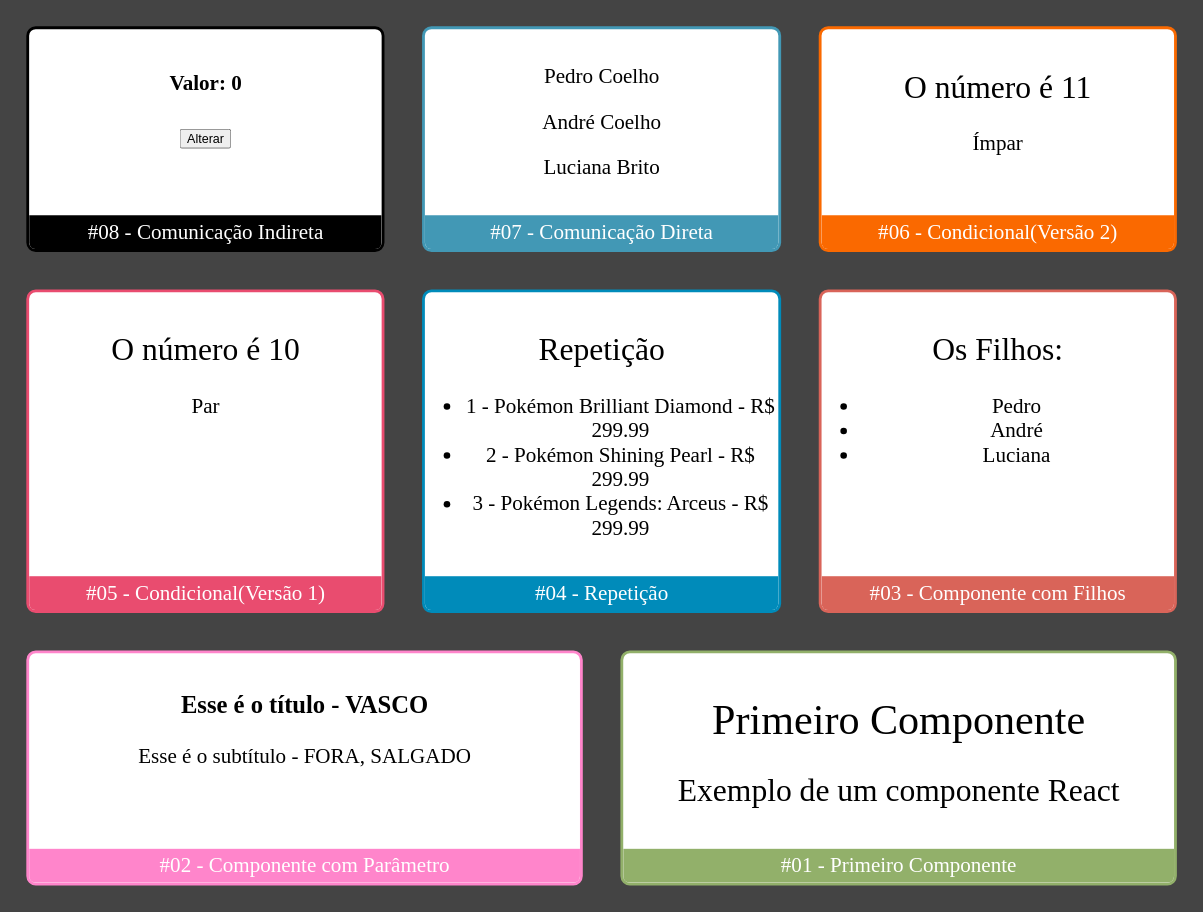
Repository: PedroHQCoelho/fundamentos-react
Page: /
An editor plug-in stored every save of this project. The page is shown before and after the next save, followed by the edit.
The browser window is 1280 px wide. The pictures show the whole page, at 94% of full size.
The project was rebuilt for these pictures with package versions that can differ from the ones it lists, and the page was loaded fresh each time.

Above is the page before, as saved 2021-12-16 12:07:38.

After the next save:
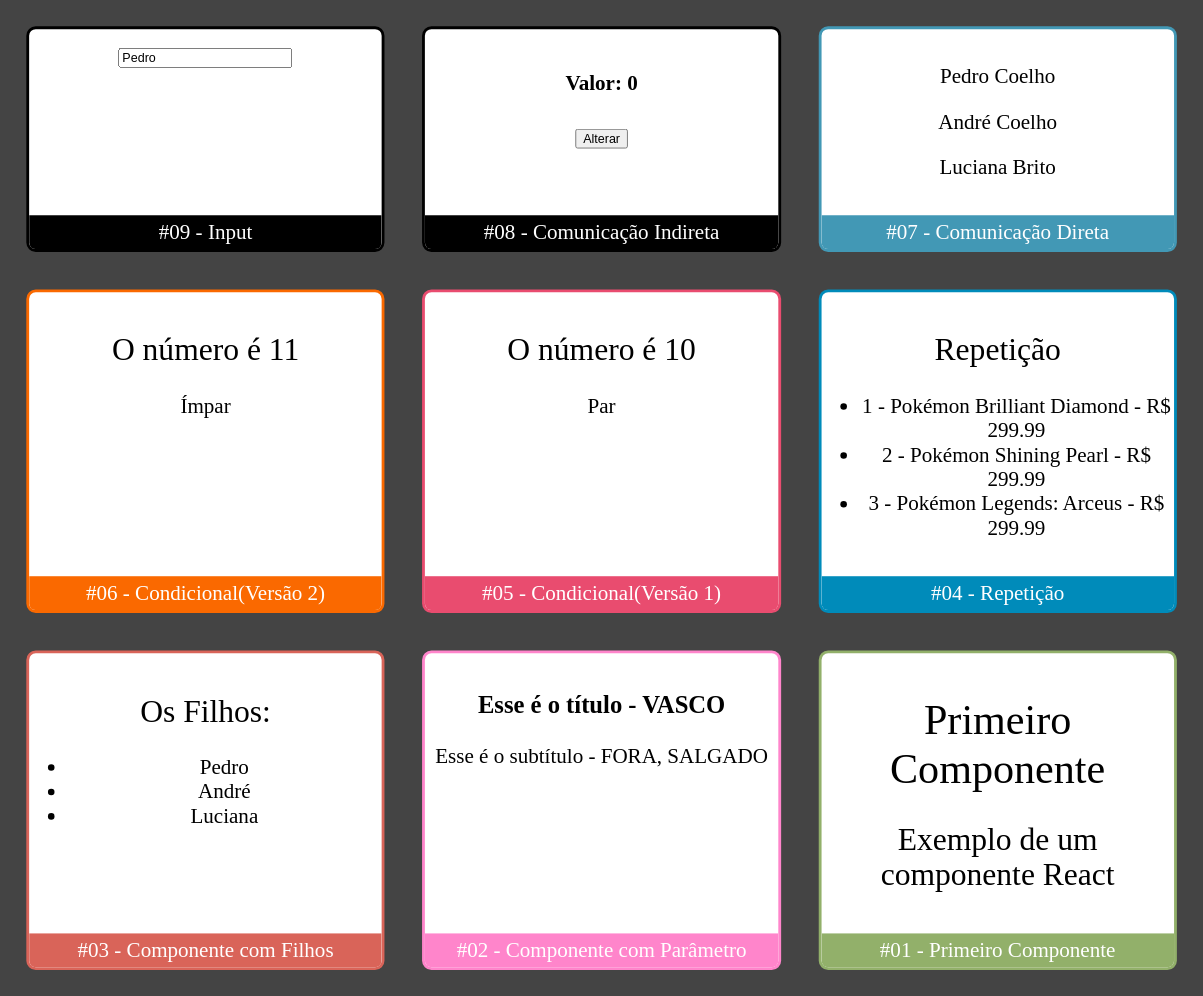
Saved 2 min 12 s later.
--- a/src/App.jsx
+++ b/src/App.jsx
@@ -10,9 +10,13 @@ import Condicional from './components/basicos/Condicional'
 import CondicionalComIf from './components/basicos/CondicionalComIf'
 import Pai from './components/comunicacao/direta/Pai'
 import Super from './components/comunicacao/indireta/Super'
+import Input from './components/form/Input'
 
 export default (props) =>(
     <div className="App">
+        <Card titulo="#09 - Input">
+            <Input/>
+        </Card>
         <Card titulo="#08 - Comunicação Indireta">
             <Super/>
         </Card>
